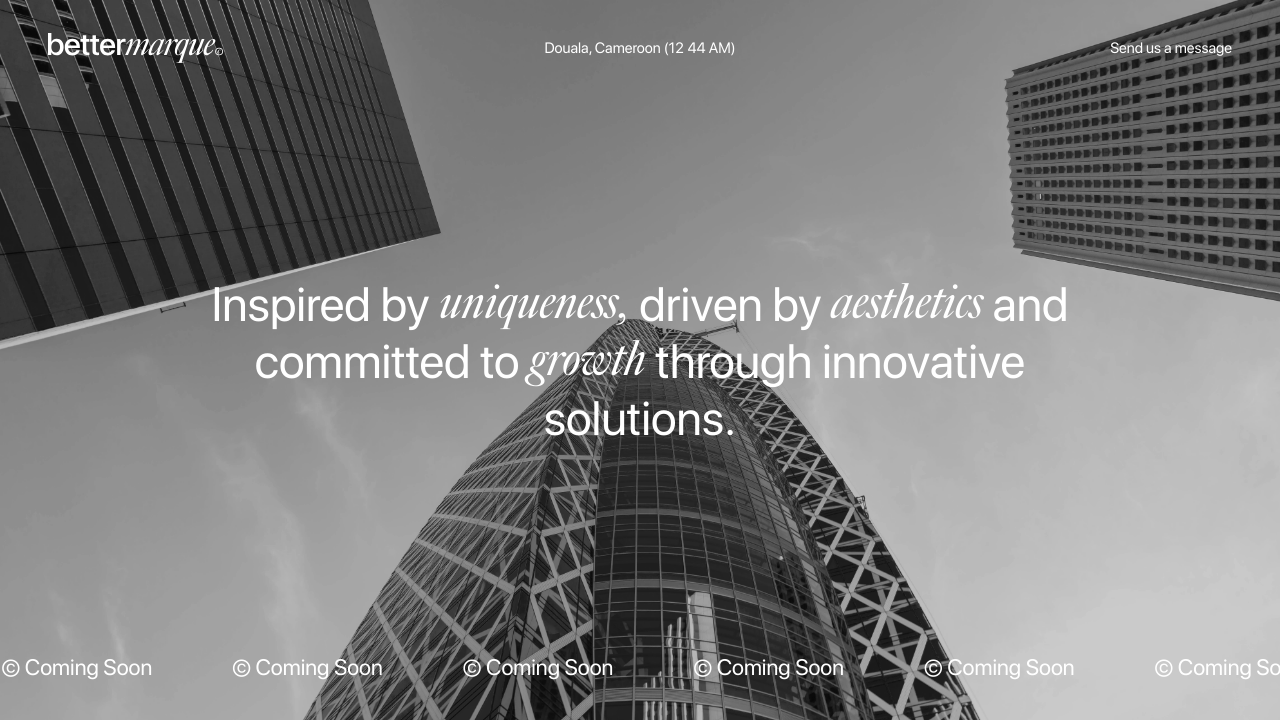
Repository: leswisss/comingsoon
Page: /
These files come from the project's save history. The page is drawn as it stood at one moment and after a run of saves; the edit follows.
The browser window is 1280 px wide. The pictures show the whole page.
The project was rebuilt for these pictures with package versions that can differ from the ones it lists, and the page was loaded fresh each time. The framework's server and built-in components were replaced by stand-ins that run in the browser. Also part of the build but not shown: next.config.mjs.

Above is the page before, as saved 2024-06-17 18:33:32.

### app/layout.tsx
import type { Metadata } from "next";
import localFont from "next/font/local";
import "../styles/globals.scss";

const regular = localFont({
  src: "./SF-Pro-Display-Regular.woff",
  display: "swap",
  variable: "--regular-font",
});

const medium = localFont({
  src: "./SF-Pro-Display-Medium.woff",
  display: "swap",
  variable: "--medium-font",
});

const semibold = localFont({
  src: "./SF-Pro-Display-Semibold.woff",
  display: "swap",
  variable: "--semibold-font",
});

const italic = localFont({
  src: "./BigCaslonFB-Italic.woff",
  display: "swap",
  variable: "--italic-font",
});

export const metadata: Metadata = {
  title: "Better Marque - Branding Agency",
  description: "Generated by create next app",
};

export default function RootLayout({
  children,
}: Readonly<{
  children: React.ReactNode;
}>) {
  return (
    <html lang="en">
      <body
        className={`${italic.variable} ${regular.variable} ${medium.variable} ${semibold.variable}`}
      >
        {children}
      </body>
    </html>
  );
}

### app/page.tsx
import { HomePageWrapper } from "@/components";

export default function Home() {
  return (
    <main>
      <HomePageWrapper/>
    </main>
  );
}

### styles/globals.scss
/*=============== VARIABLES SCSS ===============*/
:root {
  --header-height: 6rem;
  --white: white;
  --black: black;
  --grey: #535353;


  /*========== Font and typography ==========*/
  /*.5rem = 8px | 1rem = 16px ...*/
  // --body-font: 'Montserrat', sans-serif;

  --h1-font-size: 3rem;
  --h2-font-size: 2rem;
  --normal-font-size: 1rem;
  --small-font-size: .94rem;
}

/* Responsive typography */
@media screen and (max-width: 1088px) {
  :root {
    --h1-font-size: 2.75rem;
    --h2-font-size: 1.8rem;
    --normal-font-size: 0.96rem;
    --small-font-size: .90rem;
  }
}

@media screen and (max-width: 628px) {
  :root {
    --h1-font-size: 2.5rem;
    --h2-font-size: 1.5rem;
    --normal-font-size: 0.92rem;
    --small-font-size: 0.85rem;
  }
}

/*=============== BASE ===============*/
* {
  box-sizing: border-box;
  padding: 0;
  margin: 0;
  scrollbar-width: none;

  &::-webkit-scrollbar{
    display: none;
  }

}

html {
  scroll-behavior: auto;
  height: auto;
}

body{
  font-family: var(--regular-font);
  font-size: var(--normal-font-size);
  background-color: black;
  color: var(--white);
}


ul {
  list-style: none;
}

a {
  text-decoration: none;
}

img {
  max-width: 100%;
  height: auto;
}


/*=============== REUSABLE CSS CLASSES ===============*/
.container {
  max-width: 1450px;
  margin: 0 auto;
}

.main {
  overflow: hidden;
}


@media screen and (max-width: 1450px) {
  .container {
    max-width: 100%;
    margin: 0 3rem;
  }
}


@media screen and (max-width: 1088px) {
  .container {
    max-width: 100%;
    margin: 0 2rem;
  }
}


@media screen and (max-width: 628px) {
  .container {
    max-width: 100%;
    margin: 0 1rem;
  }
}

### components/index.tsx
import HomePageWrapper from "./HomePageWrapper";
import HeroSection from "./HeroSection";

export {
  HomePageWrapper,
  HeroSection
}

### components/HomePageWrapper.tsx
import React from 'react'
import HeroSection from './HeroSection'
import Navigation from './Navigation'

const HomePageWrapper = () => {
  return (
    <>
    <Navigation />
    <HeroSection />
    </>
  )
}

export default HomePageWrapper

### components/HeroSection.tsx
"use client";

import React, { useEffect, useRef } from "react";
import Marquee from "./Marquee";
import Image from "next/image";
import IMAGE from "../public/background.jpg";
import styles from "../styles/hero.module.scss";

const HeroSection = () => {
  const slogan =
    "Inspired by uniqueness, driven by aesthetics and committed to growth through innovative solutions.";
  const refs = useRef<HTMLSpanElement[]>([]);

  const splitwords = () => {
    let body: JSX.Element[] = [];
    slogan.split(" ").forEach((word, i) => {
      const cleanWord = word.replace(/[.,]/g, "");

      if (["uniqueness", "aesthetics", "growth"].includes(cleanWord)) {
        body.push(
          <p
            key={`word-${i}`}
            className={`${styles.word_wrapper} ${styles.italic}`}
          >
            <span
              className={styles.word}
              ref={(el) => {
                if (el) refs.current.push(el);
              }}
            >
              {word}
            </span>
          </p>
        );
      } else {
        body.push(
          <p key={`word-${i}`} className={styles.word_wrapper}>
            <span
              className={styles.word}
              ref={(el) => {
                if (el) refs.current.push(el);
              }}
            >
              {word}
            </span>
          </p>
        );
      }
    });

    return body;
  };


  return (
    <section className={styles.hero}>
      <div className={styles.hero_image}>
        <Image src={IMAGE} fill quality={100} alt="Better Marque" />
      </div>
      <div className={styles.text}>{splitwords()}</div>
      <div className={styles.marquee}>
        <Marquee />
      </div>
    </section>
  );
};

export default HeroSection;

### components/Navigation.tsx
"use client";

import React, { useState } from "react";
import HoverAnimation from "./HoverAnimation";
import Clock from "./Clock";
import SideBar from "./SideBar";
import Image from "next/image";
import IMAGE from "../public/wordmark.svg";
import styles from "../styles/navigation.module.scss";

const Navigation = () => {
  const [activeSideBar, setActiveSideBar] = useState(false);

  return (
    <>
      <nav className={styles.navigation}>
        <div className={`container ${styles.nav_wrapper}`}>
          <div className={styles.logo_wrapper}>
            <div className={styles.image}>
              <Image
                src={IMAGE}
                quality={100}
                fill
                alt="Better Marque Wordmark"
              />
            </div>
          </div>
          <div className={styles.location_wrapper}>
            <Clock />
          </div>
          <div
            className={styles.button}
            onClick={() => {
              setActiveSideBar((value) => !value);
            }}
          >
            <span>Send us a message</span>
          </div>
        </div>
      </nav>

      <SideBar
        activeSideBar={activeSideBar}
        setActiveSideBar={setActiveSideBar}
      />
    </>
  );
};

export default Navigation;

### components/Marquee.tsx
"use client";

import React, {useRef} from 'react'
import gsap from 'gsap'
import { useGSAP } from '@gsap/react'
import styles from "../styles/marquee.module.scss"

const Marquee = () => {
  const firstRef = useRef(null);
  const secondRef = useRef(null);
  let xPercent = 0;
  let direction = -1

  useGSAP(() => {
    requestAnimationFrame(animation)
  })

  const animation = () => {
    if (xPercent <= -100){
      xPercent = 0;
    }

    if (xPercent > 0){
      xPercent = -100
    }
    gsap.set(firstRef.current, {xPercent: xPercent})
    gsap.set(secondRef.current, {xPercent: xPercent})
    xPercent += 0.03 * direction;
    requestAnimationFrame(animation)
  }

  return (
    <div className={styles.slider}>
      <div className={styles.coming__wrapper} ref ={firstRef}>
        <p className={styles.soon}>© Coming Soon</p>
        <p className={styles.soon}>© Coming Soon</p>
        <p className={styles.soon}>© Coming Soon</p>
        <p className={styles.soon}>© Coming Soon</p>
        <p className={styles.soon}>© Coming Soon</p>
        <p className={styles.soon}>© Coming Soon</p>
        <p className={styles.soon}>© Coming Soon</p>
        <p className={styles.soon}>© Coming Soon</p>
        <p className={styles.soon}>© Coming Soon</p>
        <p className={styles.soon}>© Coming Soon</p>
      </div>
      <div className={styles.coming__wrapper} ref ={secondRef}>
        <p className={styles.soon}>© Coming Soon</p>
        <p className={styles.soon}>© Coming Soon</p>
        <p className={styles.soon}>© Coming Soon</p>
        <p className={styles.soon}>© Coming Soon</p>
        <p className={styles.soon}>© Coming Soon</p>
        <p className={styles.soon}>© Coming Soon</p>
        <p className={styles.soon}>© Coming Soon</p>
        <p className={styles.soon}>© Coming Soon</p>
        <p className={styles.soon}>© Coming Soon</p>
        <p className={styles.soon}>© Coming Soon</p>
      </div>
    </div>
  )
}

export default Marquee

### styles/hero.module.scss
.hero{
  width: 100vw;
  height: 100vh;
  overflow: hidden;
  position: relative;
}

.hero_image{
  width: 100vw;
  height: 100vh;
  position: relative;

  img{
    object-fit: cover;
    filter: brightness(0.8);
  }
}

.text{
  position: absolute;
  color: white;
  z-index: 1;
  width: max-content;
  height: max-content;
  top: 50%;
  left: 50%;
  transform: translate(-50%, -50%);
  display: flex;
  flex-wrap: wrap;
  width: 55rem;
  text-align: center;
  justify-content: center;
  align-items: center;

  .word_wrapper{
    font-size: var(--h1-font-size);
    overflow: hidden;
    width: auto;
    height: 56.8px;
    padding: 0 0.3rem;

    &.italic{
      font-family: var(--italic-font);
    }

    .word{
      position: relative;
      top: 0%; // What i will be animating with gsap
    }
  }
}

.marquee{
  position: absolute;
  width: 100%;
  height: max-content;
  bottom: 2.5rem;
  left: 0;
  z-index: 1;
}

### components/Clock.tsx
"use client";

import { useEffect, useState } from "react";
import { format, toZonedTime } from "date-fns-tz";
import styles from "../styles/clock.module.scss";

const Clock = () => {
  const [time, setTime] = useState("");
  const [showColon, setShowColon] = useState(true);

  useEffect(() => {
    const timeZone = "Africa/Abidjan"; //used Abidjan because Douala is 1 hour ahead here and I dont know why

    const updateClock = () => {
      const now = new Date();
      const zonedTime = toZonedTime(now, timeZone);
      const formattedTime = format(zonedTime, "hh:mm a", { timeZone });
      setTime(formattedTime);
    };

    const toggleColon = () => {
      setShowColon((prev) => !prev);
    };

    updateClock();
    const timeIntervalId = setInterval(updateClock, 1000);
    const colonIntervalId = setInterval(toggleColon, 1000);

    return () => {
      clearInterval(timeIntervalId);
      clearInterval(colonIntervalId);
    };
  }, []);

  return (
    <p className={styles.time}>
      Douala, Cameroon ({time.slice(0, 2)}
      <span className={showColon ? "" : styles.blink}>:</span>
      {time.slice(3)})
    </p>
  );
};

export default Clock;

### components/SideBar.tsx
"use client";

import React, {useRef, useEffect} from "react";
import gsap from "gsap";
import { useGSAP } from "@gsap/react";
import Image from "next/image";
import IMAGE from "../public/logo.svg";
import Link from "next/link";
import TextCopy from "./TextCopy";
import styles from "../styles/sidebar.module.scss";

interface SideBarProps {
  activeSideBar: boolean;
  setActiveSideBar: React.Dispatch<React.SetStateAction<boolean>>;
}

const SideBar = ({ activeSideBar, setActiveSideBar }: SideBarProps) => {
  const links = [
    {
      name: "Instagram",
      link: "/",
    },
    {
      name: "Facebook",
      link: "/",
    },
    {
      name: "Twitter(X)",
      link: "/",
    },
    {
      name: "Whatsapp",
      link: "/",
    },
  ];

  const sideRef = useRef(null);
  useGSAP(() => {
    if (activeSideBar) {
      gsap.to(sideRef.current, {
        clipPath: "polygon(0% 0%, 100% 0%, 100% 100%, 0% 100%)",
        pointerEvents: "all",
      });
    } else {
      gsap.to(sideRef.current, {
        clipPath: "polygon(100% 0%, 100% 0%, 100% 100%, 100% 100%)",
        pointerEvents: "none"
      });
    }
  }, [activeSideBar])
  return (
    <div className={styles.sidebar} ref={sideRef}>
      <div className={styles.sidebar_wrapper}>
        <div className={`container ${styles.side__container}`}>
          <div className={styles.header}>
            <div className={styles.image}>
              <Image src={IMAGE} fill quality={100} alt="Better Marque Logo" />
            </div>
            <div
              className={styles.button}
              onClick={() => {
                setActiveSideBar((value) => !value);
              }}
            >
              <span>Close</span>
            </div>
          </div>
          <div className={styles.content}>
            <div className={styles.left__content}>
              <p className={styles.getin}>GET IN TOUCH</p>
              <p className={styles.getintext}>
                LOOKING TO GET IN TOUCH OR <br />
                <span>COLLABORATE</span> ON YOUR <br />
                PROJECT? <span>REACH OUT TO US!</span>
              </p>
            </div>
            <div className={styles.right__content}>
              <div className={styles.right_top}>
                <TextCopy
                  header="General Inquiries"
                  text="hello@bettermarque.com"
                />
                <TextCopy header="Phone" text="00237 654 570 096" />
              </div>
              <div className={styles.right_bottom}>
                <span className={styles.grey}>Socials</span>
                <div className={styles.socials}>
                  {links.map((link, i) => (
                    <Link href={link.link} key={`li-${i}`}>
                      {link.name}
                    </Link>
                  ))}
                </div>
              </div>
            </div>
          </div>
        </div>
      </div>
    </div>
  );
};

export default SideBar;

### styles/navigation.module.scss
.navigation{
  width: 100%;
  height: var(--header-height);
  position: fixed;
  top: 0;
  left: 0;
  background-color: transparent;
  z-index: 10;
  font-size: var(--small-font-size);
}

.nav_wrapper{
  height: var(--header-height);
  display: flex;
  justify-content: space-between;
  align-items: center;
  position: relative;

  .logo_wrapper{
    width: 175px;
    aspect-ratio: 200/35.0791;
    overflow: hidden;
    position: relative;

    .image{
      width: 100%;
      height: 100%;
      position: relative;

      img{
        object-fit: cover;
      }
    }

  }

  .location_wrapper{
    position: absolute;
    top: 50%;
    left: 50%;
    transform: translate(-50%, -50%);
  }

  .button{
    cursor: pointer;
  }
}

### styles/marquee.module.scss
.slider{
  position: relative;
  display: flex;
  flex-wrap: nowrap;
}

.coming__wrapper{
  display: flex;
  white-space: nowrap;
  flex-wrap: nowrap;

  .soon{
    margin-right: 5rem;
    font-size: calc(var(--h2-font-size) - 0.6rem);
  }
}

### styles/clock.module.scss
/* styles.module.css */
.blink {
  visibility: hidden;
}

.time {
  white-space: nowrap;
}

### components/TextCopy.tsx
import React from "react";
import styles from "../styles/textcopy.module.scss";

const TextCopy = ({ header, text }: { header: string; text: string }) => {
  return (
    <>
      <div className={styles.text_container}>
        <span className={styles.grey}>{header}</span>
        <p className={styles.text}>{text}</p>
      </div>
    </>
  );
};

export default TextCopy;

### styles/sidebar.module.scss
.sidebar {
  width: 100vw;
  height: 100dvh;
  position: fixed;
  top: 0;
  right: 0;
  z-index: 20;
  overflow: hidden;
  background-color: #080808;
  pointer-events: none;
  clip-path: polygon(100% 0%, 100% 0%, 100% 100%, 100% 100%);
  transition: clip-path 0.7s cubic-bezier(0.82, 0, 0, 1);
}

.sidebar_wrapper{
  width: 100vw;
  height: 100dvh;
  min-width: 100vw;
}

.side__container {
  height: 100dvh;
  padding: 2rem 0 3rem;
  display: flex;
  flex-direction: column;
  justify-content: space-between;
}

.header {
  width: 100%;
  display: flex;
  justify-content: space-between;
  align-items: flex-start;
}

.image {
  width: 50px;
  aspect-ratio: 100/112.7538;
  position: relative;

  img {
    object-fit: cover;
  }
}

.button {
  cursor: pointer;
}

.content {
  height: calc(87vh - 5rem);
  width: 100%;
  display: flex;
  justify-content: space-between;
  align-items: flex-start;

  .left__content,
  .right__content {
    width: 50%;
    height: 100%;
    display: flex;
    flex-direction: column;
    justify-content: space-between;
    align-items: flex-start;
  }

  .left__content {
    .getin {
      font-size: calc(var(--h1-font-size) + 0.5rem);
    }

    .getintext {
      font-size: calc(var(--h2-font-size) + 0.5rem);

      span {
        font-family: var(--italic-font);
      }
    }
  }

  .right__content {
    .right_top {
      display: flex;
      flex-direction: column;
      gap: 2rem;
    }

    .right_bottom {
      display: flex;
      flex-direction: column;
      gap: 0.7rem;
      position: relative;
      top: -10px;

      .grey {
        color: var(--grey);
        text-transform: uppercase;
        font-size: var(--small-font-size);
      }

      .socials {
        display: flex;
        gap: 3rem;

        a {
          color: white;
        }
      }
    }
  }
}

### styles/textcopy.module.scss
.text_container{
  display: flex;
  flex-direction: column;
  gap: 0.3rem;
}

.grey{
  color: var(--grey);
  text-transform: uppercase;
  font-size: var(--small-font-size);
}

.text{
  font-size: var(--h1-font-size);
  cursor: pointer;
  width: max-content;
}

### components/HoverAnimation.tsx
import React from 'react'
import styles from "../styles/hover.module.scss"

const HoverAnimation = ({text}: {text: string}) => {
  return (
    <span className={styles.hover}>{text}</span>
  )
}

export default HoverAnimation

### styles/hover.module.scss
.hover{
  font-size: var(--small-font-size);
  cursor: pointer;
  position: relative;

  &::after {
    content: "";
    width: 100%;
    position: absolute;
    height: 1px;
    background-color: #fff;
    transform: scaleX(0);
    transform-origin: bottom right;
    left: 0;
    bottom: 0;
  }
}

After the next 2 saves:
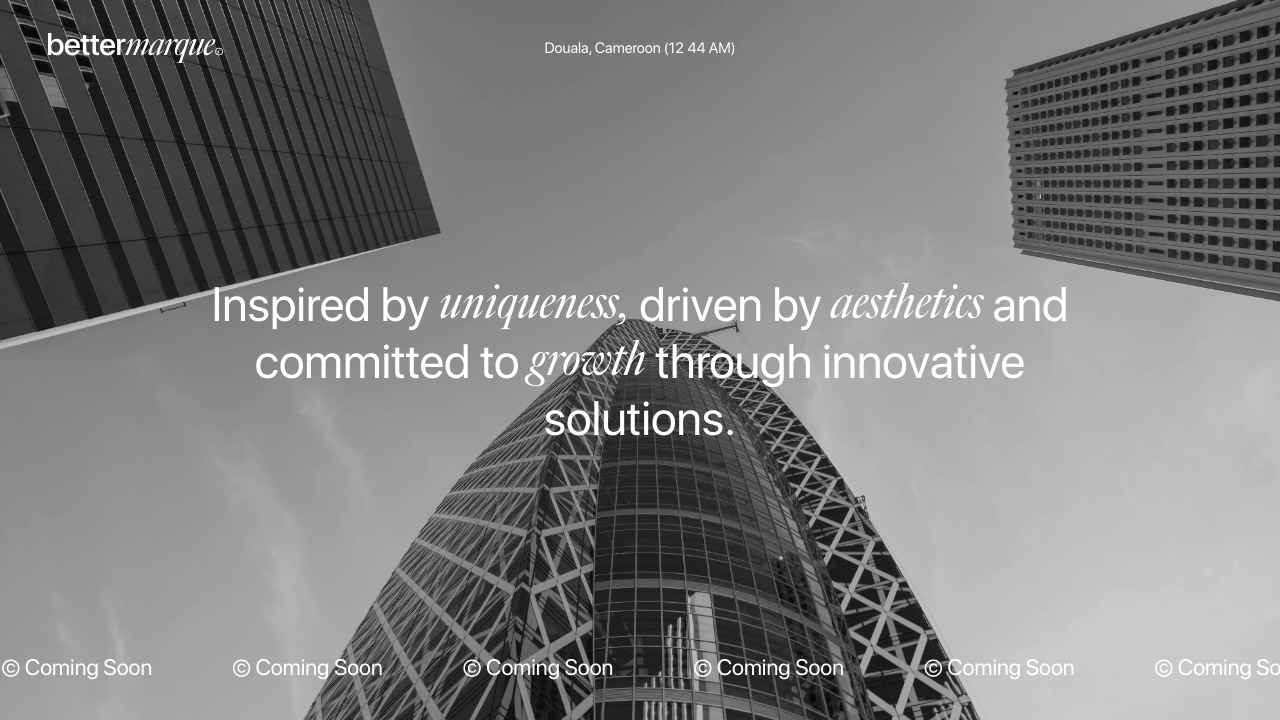
The 2 saves are shown as one change because they came seconds apart.
The last was saved 11 s later.
--- a/components/Navigation.tsx
+++ b/components/Navigation.tsx
@@ -34,7 +34,7 @@
               setActiveSideBar((value) => !value);
             }}
           >
-            <span>Send us a message</span>
+            <HoverAnimation text=""/>
           </div>
         </div>
       </nav>

After the save that followed:
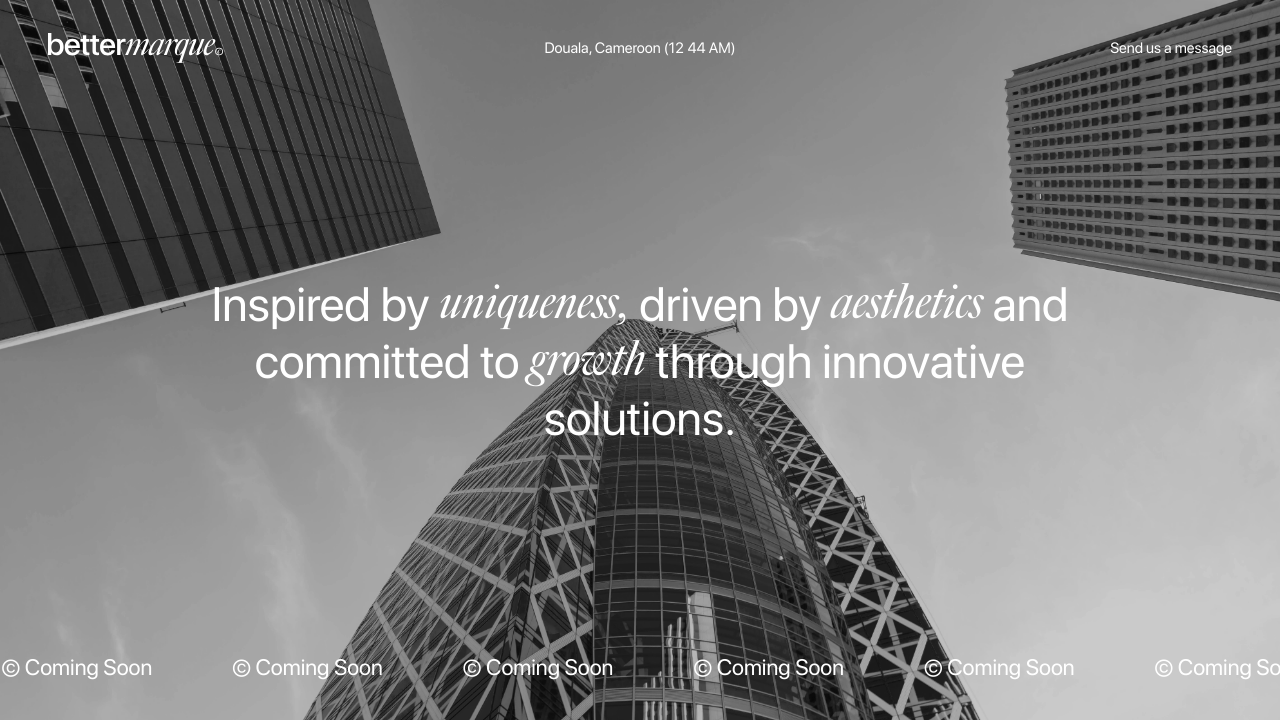
Saved 5 s later.
--- a/components/Navigation.tsx
+++ b/components/Navigation.tsx
@@ -34,7 +34,7 @@
               setActiveSideBar((value) => !value);
             }}
           >
-            <HoverAnimation text=""/>
+            <HoverAnimation text="Send us a message"/>
           </div>
         </div>
       </nav>
